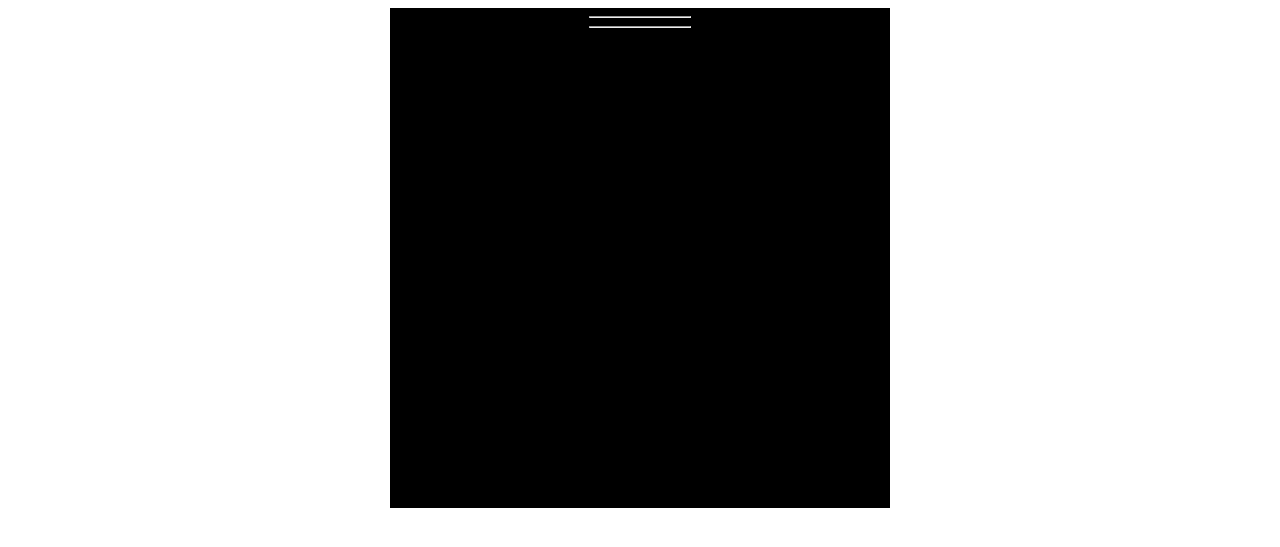
Repository: batonAnton/Hw-Lec10-animation
Page: index.html
These files come from the project's save history. The page is drawn as it stood at one moment and after the next save; the edit follows.
The browser window is 1280 px wide. The pictures show the whole page.

Above is the page before, as saved 2022-07-15 12:40:16.

After the next save:
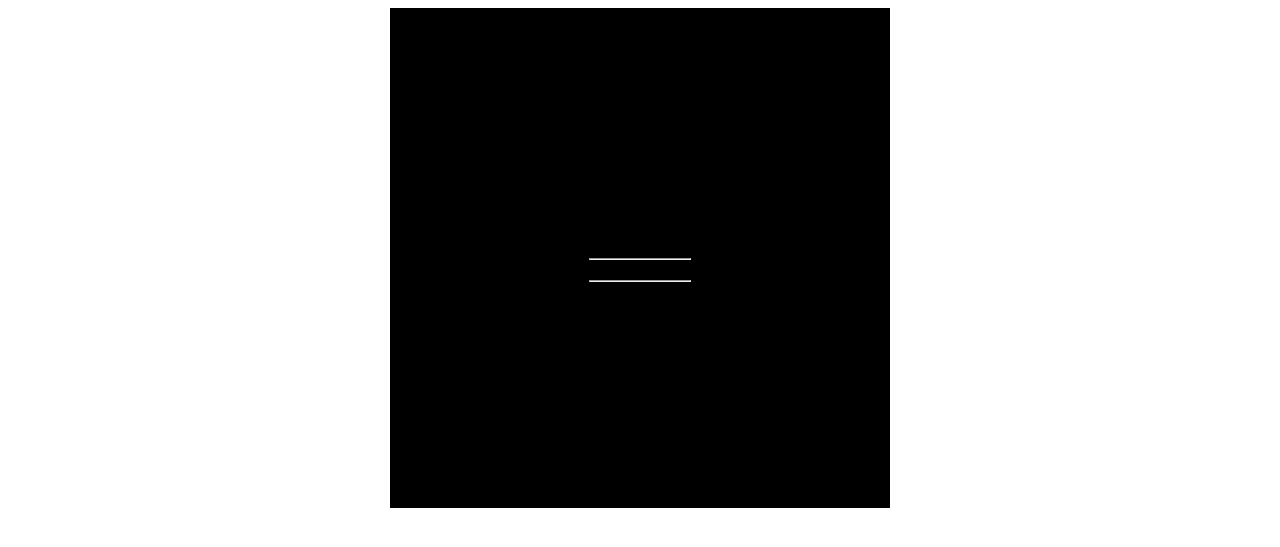
Saved 5 min 0 s later.
--- a/css/style.css
+++ b/css/style.css
@@ -16,4 +16,16 @@ hr{
     align-items: center;
 }
 
-first-line, .second-line{}
+.first-line{
+    margin-top: 50%;
+    margin-bottom: 20px;
+    animation-name: cross-line;
+    animation-duration: 4s;
+    animation-iteration-count: calc(2);
+}
+
+@keyframes cross-line{
+    to{
+        rotate: 30%;
+    }
+}
